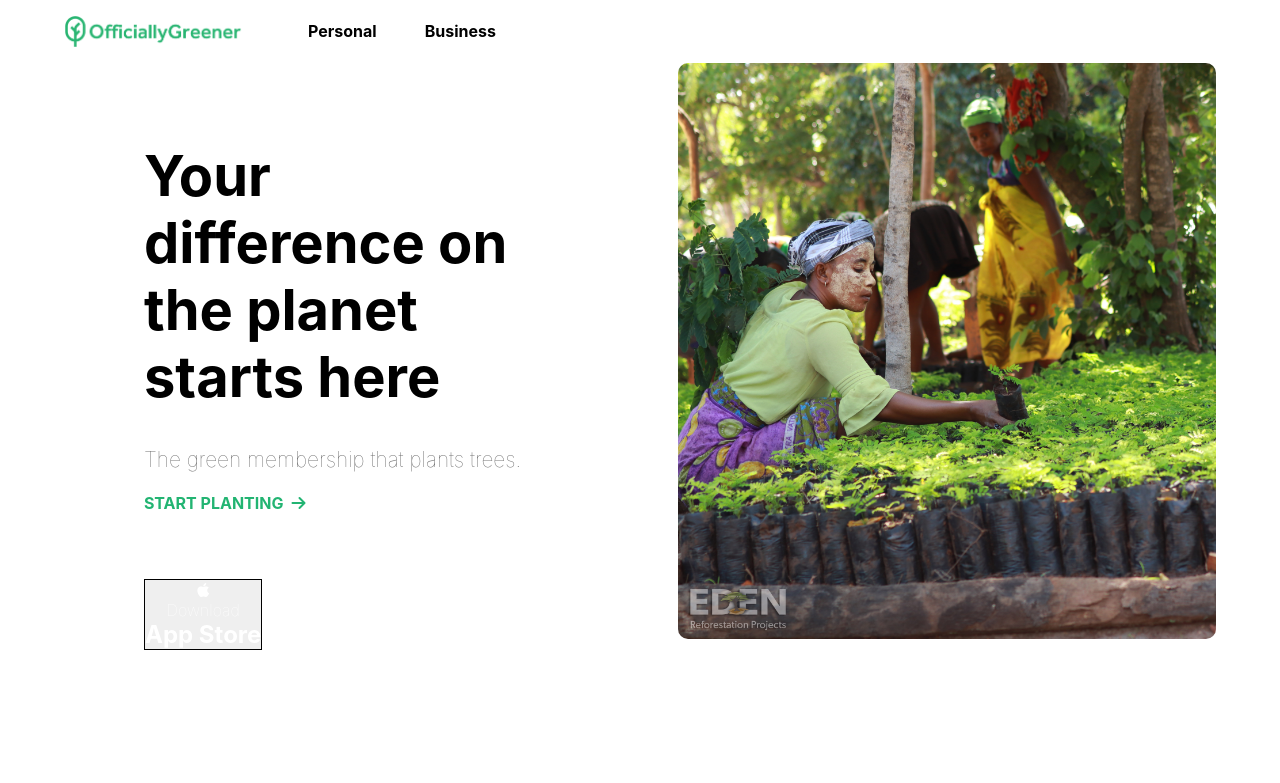
Repository: Sinkycode/Officially-Greener-v2
Page: index.html
An editor plug-in stored every save of this project. The page is shown before and after the next save, followed by the edit.
The browser window is 1280 px wide. The pictures show the whole page.
Some web libraries are served in a nearby version.

Above is the page before, as saved 2023-03-08 15:51:18.

### index.html
<!DOCTYPE html>
<html lang="en">
<head>
  <meta charset="UTF-8">
  <meta http-equiv="X-UA-Compatible" content="IE=edge">
  <meta name="viewport" content="width=device-width, initial-scale=1.0">
  <link rel="stylesheet" href="https://cdnjs.cloudflare.com/ajax/libs/font-awesome/6.3.0/css/all.min.css" integrity="sha512-SzlrxWUlpfuzQ+pcUCosxcglQRNAq/DZjVsC0lE40xsADsfeQoEypE+enwcOiGjk/bSuGGKHEyjSoQ1zVisanQ==" crossorigin="anonymous" referrerpolicy="no-referrer" />

  <link rel="stylesheet" href="style.css">
  <title>Officially Greener</title>
</head>
<body>
  <header>
    <div class="mobile">
      <img src="Logo/Officially Greener Transparent background.png" alt="" class="primary-logo logo">
      <i class="fa-sharp fa-solid fa-bars"></i>
    </div>

    <div class="desktop">
      <img src="Logo/Officially Greener Transparent background.png" alt="" class="primary-logo logo">
      <ul class="primary-nav">
        <li><a href="http://">Personal</a></li>
        <li><a href="http://">Business</a></li>
      </ul>
    </div>

  </header>

  <section id="landing-page">
   <div class="container">
    <div class="landing-page__image">
      <img src="Images/Magagascar.jpg" alt="">
    </div>
    <div class="landing-page__context">
     <div class="texts">
      <h1 class="big-txt">Your difference on the planet starts here</h1>
      <p class="gray-para">The green membership that plants trees.</p>
      <a href="#" class="simple-link">Start planting<i class="fa-sharp fa-solid fa-arrow-right"></i></a>
     </div>
     <button class="apple-btn">
      <i class="fa-brands fa-apple"></i>
      <div class="wrap">
        <p>Download</p>
        <h1>App Store</h1>
      </div>
     </button>
    </div>
   </div>
  </section>
  <section id="note"></section>
  <section id="personal"></section>
</body>
</html>

### style.css
:root {
  --neutral-100: hsl(0, 0%, 100%);
  --neutral-200: hsl(0, 0%, 80%);
  --neutral-400: hsl(0, 0%, 40%);
  --neutral-600: hsl(0, 0%, 20%);
  --neutral-800: hsl(0, 0%, 0%);

  --accent: hsl(153, 68%, 42%);

  --txt-size-200: .8rem;
  --txt-size-400: 1rem;
  --txt-size-500: 2rem;
  --txt-size-600: 3rem;
  --txt-size-800: 3.5rem;

  --gray-para: var(--neutral-400);

}

*, *::after, *::before {
  box-sizing: border-box;
  margin: 0;
  padding: 0;
}

html, body {
  font-family: -apple-system, BlinkMacSystemFont, Segoe UI, Roboto, Oxygen, Ubuntu, Cantarell, Fira Sans, Droid Sans, Helvetica Neue, sans-serif;
  scroll-behavior: smooth;
  overflow-x: hidden;
}

body {
  line-height: 1.5;
  font-size: 16px;
}

/* CUSTOMIZATION */
img {
  max-width: 100%;
  display: block;
}

button, input {
  outline: none;
  border: none;
  /* background: transparent; */
  font-family: inherit;
  font-size: inherit;
  color: inherit;
}

ul, p {
  margin: 0;
  list-style: none;
  font-weight: 2

}

a {
  text-decoration: none;
  color: inherit;
  font-weight: bold;
}

h1,h2,h3 {
  margin: 0;
}

.container {
  max-width: 90%;
  margin: 0 auto;
}

.logo {
  width: clamp(180px, 1rem + 10vw, 300px);
}

.mobile {
  display: none;
}

.desktop {
  display: flex;
  align-items: center;
  gap: 4rem;
  padding-block: 1rem;
  padding-inline-start: 4rem;
  width: 50%;
}

.primary-nav {
  display: flex;
  gap: 3rem;
}

.big-txt {
  font-size: var(--txt-size-800);
}

.gray-para {
  color: var(--gray-para);
}

/* ========= landign page ========= */
#landing-page {
  /* border: 3px solid black; */
  height: 100vh;
}

#landing-page .container {
  display: flex;
  gap: 1rem;
  height: 100%;
  /* border: 1px solid red; */
}

@media (max-width: 1000px) {
  #landing-page .container {
    display: block;
  }
}

@media (min-width: 768px) {
  .landing-page__context {
    order: 1;
    margin-left: 5rem;
    margin-top: 5rem;
  }

  .landing-page__image {
    order: 2;
  }
}

.landing-page__context {
  max-width: 45%;
}

.landing-page__context .big-txt {
  /* border: 1px solid red; */
  max-width: 80%;
  line-height: 1.2;
  margin-bottom: 2rem;
}

.landing-page__context .gray-para {
  margin-block: 1rem;
  font-size: 1.3rem;
}

.landing-page__context .simple-link {
  color: var(--accent);
  text-transform: uppercase;
  display: flex;
  align-items: center;
  gap: .5rem;
  margin-bottom: 4rem;
}

.apple-btn {
  color: white;
  border: 1px solid black;
}

.landing-page__image {
  width: 55%;
  height: 80%;
  border-radius: 10px;
  overflow: hidden;
}

.landing-page__image img {
  height: 100%;
  object-fit: cover;
  object-position: left;
}

After the next save:
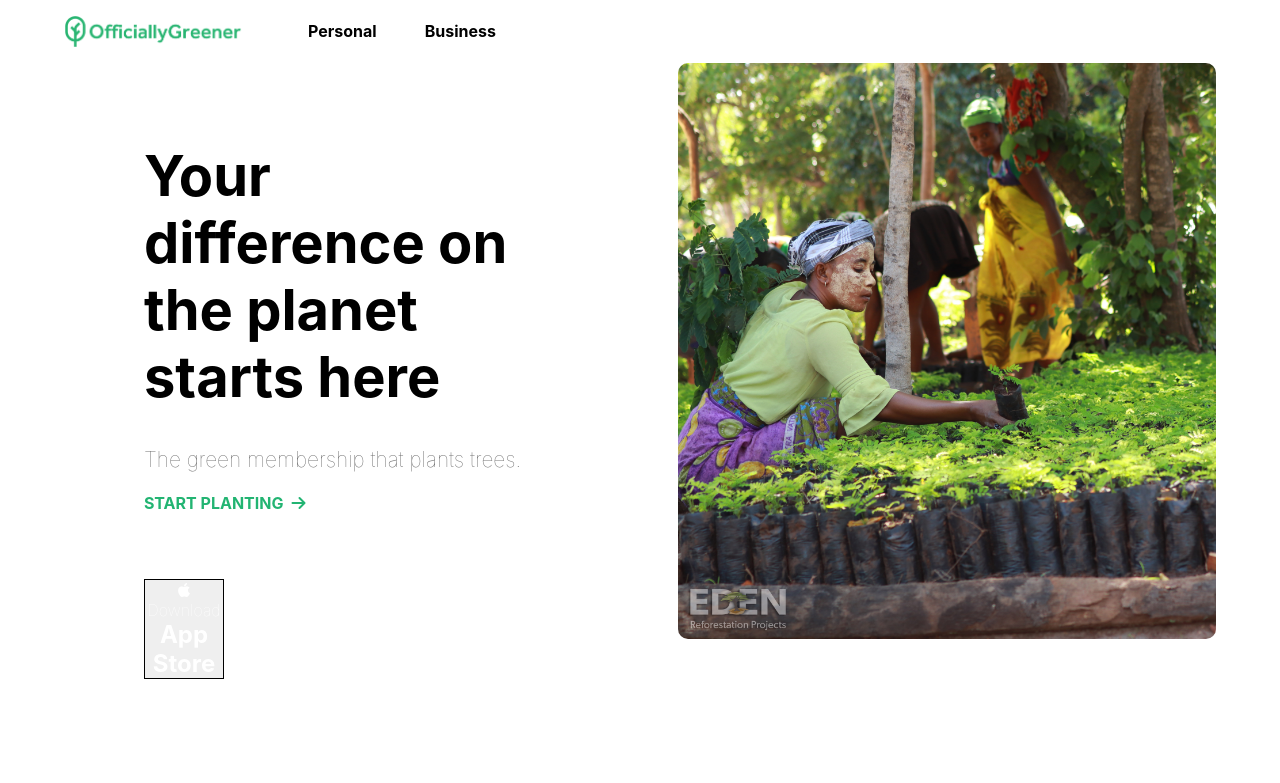
Saved 11 s later.
--- a/style.css
+++ b/style.css
@@ -160,6 +160,7 @@
 .apple-btn {
   color: white;
   border: 1px solid black;
+  max-width: 5rem;
 }
 
 .landing-page__image {

After the save that followed:
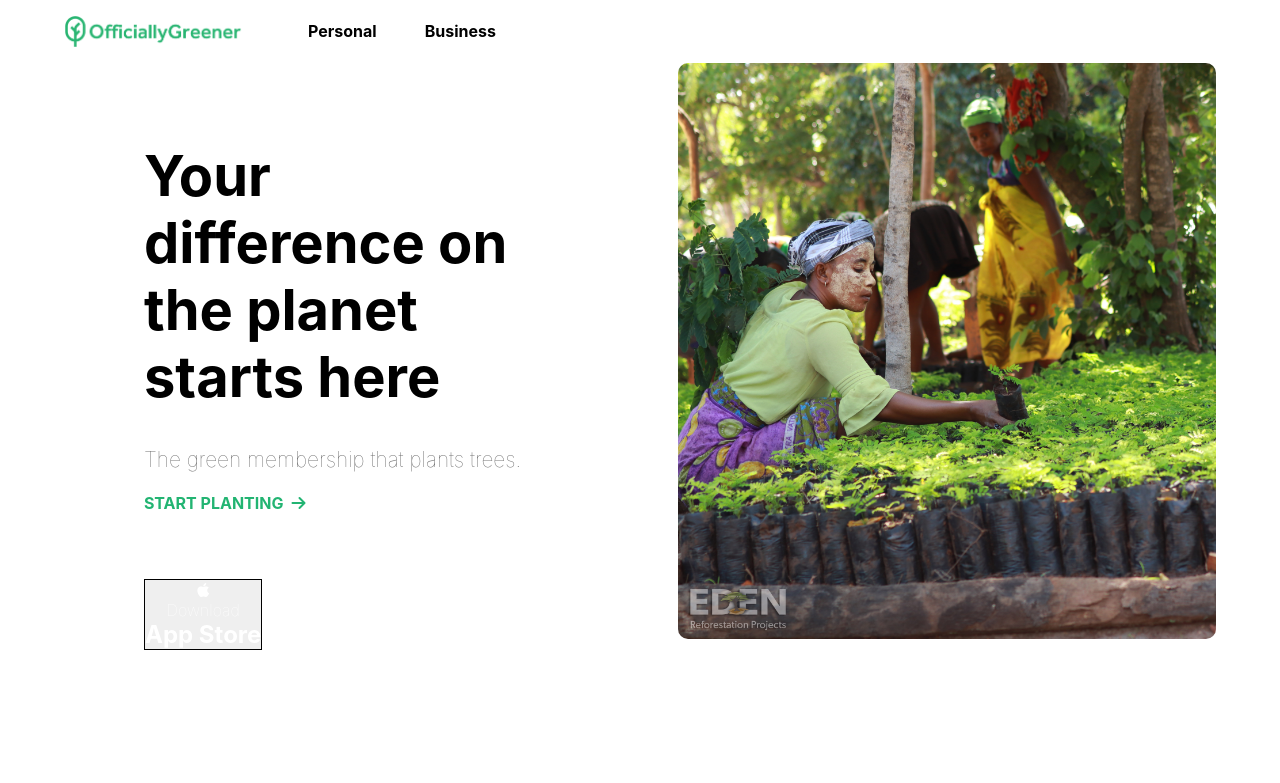
Saved 4 s later.
--- a/style.css
+++ b/style.css
@@ -160,7 +160,7 @@
 .apple-btn {
   color: white;
   border: 1px solid black;
-  max-width: 5rem;
+  max-width: 25rem;
 }
 
 .landing-page__image {
